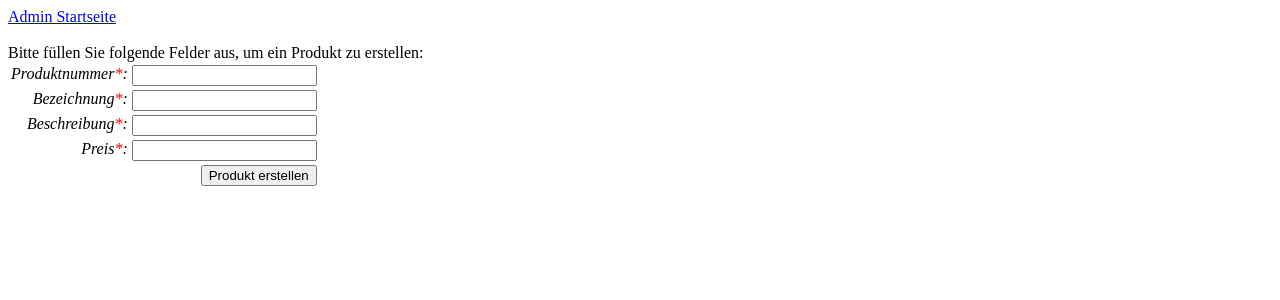
Repository: exic/VIS-Labor
Page: http://localhost/vislabor/forward_to_product_create.action
An editor plug-in stored every save of this project. The page is shown before and after the next save, followed by the edit.
The browser window is 1280 px wide. The pictures show the whole page.
The page is served by Tomcat 9.

Above is the page before, as saved 2011-05-15 12:49:46.

After the next save:
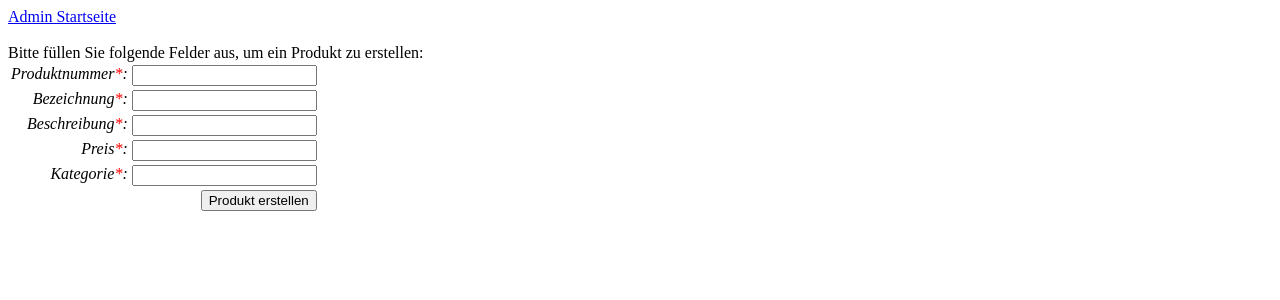
Saved 30 s later.
--- a/workspace/vislabor/WebContent/pages/CreateProduct.jsp
+++ b/workspace/vislabor/WebContent/pages/CreateProduct.jsp
@@ -19,6 +19,7 @@
 		<s:textfield name="label" label="Bezeichnung" size="20" required="true"/>
 		<s:textfield name="description" label="Beschreibung" size="20" required="true"/>
 		<s:textfield name="price" label="Preis" size="20" required="true"/>
+		<s:textfield name="category" label="Kategorie" size="20" required="true"/>
 
 		<s:submit value="Produkt erstellen"/>
 	</s:form>
